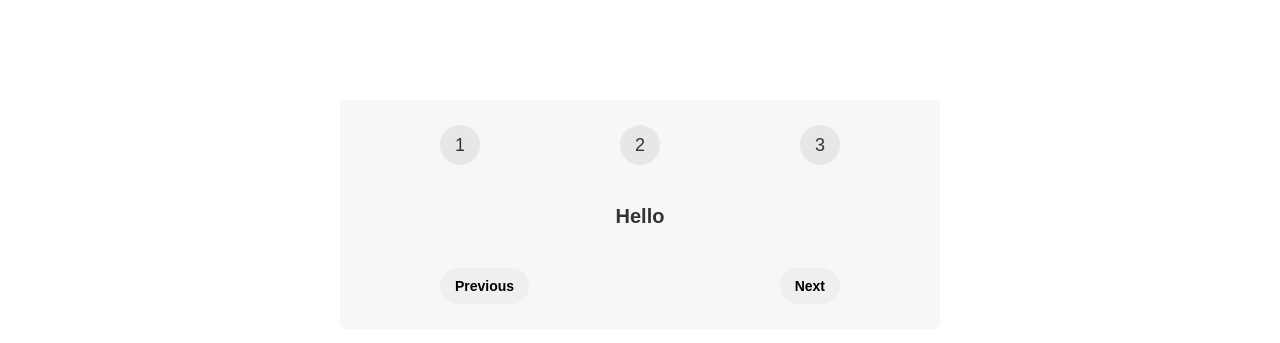
Repository: masamichan/steps
Page: /
An editor plug-in stored every save of this project. The page is shown before and after the next save, followed by the edit.
The browser window is 1280 px wide. The pictures show the whole page.
The project was rebuilt for these pictures with package versions that can differ from the ones it lists, and the page was loaded fresh each time.

Above is the page before, as saved 2023-12-28 15:17:39.

### src/App.js
export default function App() {
  return (
    <div className="steps">
      <div className="numbers">
        <div>1</div>
        <div>2</div>
        <div>3</div>
      </div>
      <p className="message">Hello</p>
      <div className="buttons">
        <button>Previous</button>
        <button>Next</button>
      </div>
    </div>
  );
}

Loaded but not shown: public/index.html (common file); src/index.js (common file); src/index.css (common file)

After the next save:
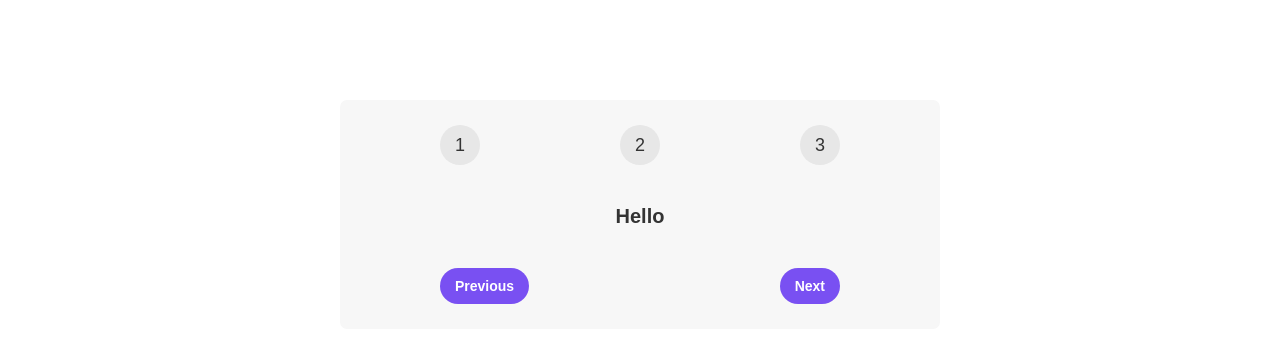
Saved 7 min 5 s later.
--- a/src/App.js
+++ b/src/App.js
@@ -8,8 +8,12 @@ export default function App() {
       </div>
       <p className="message">Hello</p>
       <div className="buttons">
-        <button>Previous</button>
-        <button>Next</button>
+        <button style={{ backgroundColor: "#7950f2", color: "#fff" }}>
+          Previous
+        </button>
+        <button style={{ backgroundColor: "#7950f2", color: "#fff" }}>
+          Next
+        </button>
       </div>
     </div>
   );
